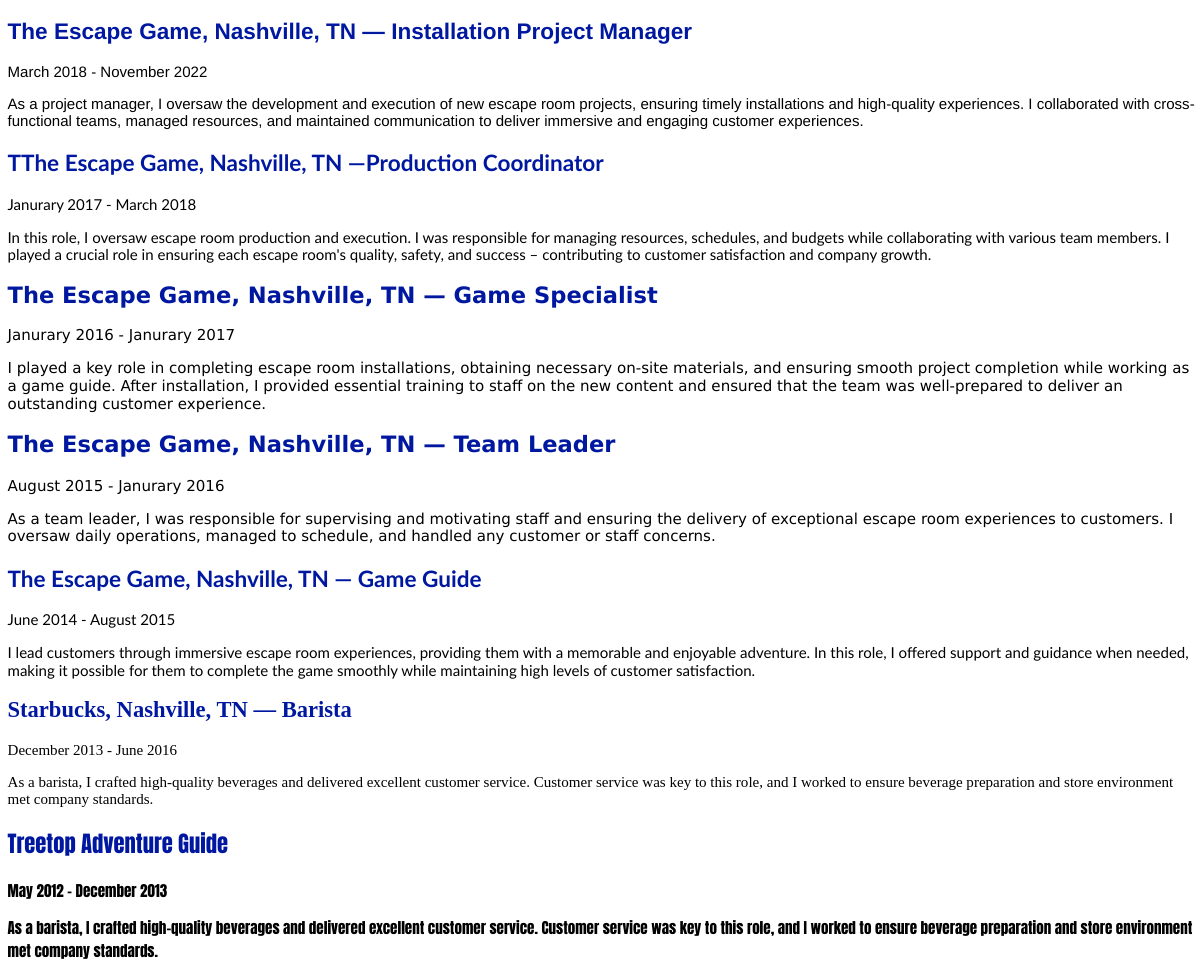
Repository: jgramirez0210/LAB-HTML-Resume
Page: index.html
These files come from the project's save history. The page is drawn as it stood at one moment and after the next save; the edit follows.
The browser window is 1280 px wide. The pictures show the whole page, at 94% of full size.

Above is the page before, as saved 2023-10-10 15:25:43.

### index.html
<!DOCTYPE html>
<html lang="en">
<head>
  <meta charset="UTF-8">
  <meta name="viewport" content="width=device-width, initial-scale=1.0">
  <title>Jesse's Work Experience</title>
  <link rel="stylesheet" href="main.css">
</head>
<body>
  <article id="job7">
    <h2>The Escape Game, Nashville, TN — Installation Project Manager </h2>
    <time datetime="2018-03" >March 2018</time> - <time datetime="2022-10" >November 2022</time></time>
    <p>As a project manager, I oversaw the development and execution of new escape room projects, ensuring timely installations and high-quality experiences. I collaborated with cross-functional teams, managed resources, and maintained communication to deliver immersive and engaging customer experiences.</p>
  </article>
  <article id="job6">
    <h2>TThe Escape Game, Nashville, TN —Production Coordinator</h2>
    <time datetime="2017-01" >Janurary 2017</time> - <time datetime="2018-3" >March 2018</time></time>
    <p>In this role, I oversaw escape room production and execution. I was responsible for managing resources, schedules, and budgets while collaborating with various team members. I played a crucial role in ensuring each escape room's quality, safety, and success – contributing to customer satisfaction and company growth.
    </p>
  </article>
  <article id="job5">
    <h2>The Escape Game, Nashville, TN — Game Specialist</h2>
    <time datetime="2016-01" >Janurary 2016</time> - <time datetime="2017-01" >Janurary 2017</time></time>
    <p>I played a key role in completing escape room installations, obtaining necessary on-site materials, and ensuring smooth project completion while working as a game guide. After installation, I provided essential training to staff on the new content and ensured that the team was well-prepared to deliver an outstanding customer experience.
    </p>
  </article>
  <article id="job4">
    <h2>The Escape Game, Nashville, TN — Team Leader</h2>
    <time datetime="2015-0" >August 2015</time> - <time datetime="2016-01" >Janurary 2016</time></time>
    <p>As a team leader, I was responsible for supervising and motivating staff and ensuring the delivery of exceptional escape room experiences to customers. I oversaw daily operations, managed to schedule, and handled any customer or staff concerns.
    </p>
  </article>
  <article id="job3">
    <h2>The Escape Game, Nashville, TN — Game Guide</h2>
    <time datetime="2014-06" >June 2014</time> - <time datetime="2015-08" >August 2015</time></time>
    <p>I lead customers through immersive escape room experiences, providing them with a memorable and enjoyable adventure. In this role, I offered support and guidance when needed, making it possible for them to complete the game smoothly while maintaining high levels of customer satisfaction.
    </p>
  </article>
  <article id="job2">
    <h2>Starbucks, Nashville, TN — Barista</h2>
    <time datetime="2013-12" >December 2013</time> - <time datetime="2014-06" >June 2016</time></time>
    <p>As a barista, I crafted high-quality beverages and delivered excellent customer service. Customer service was key to this role, and I worked to ensure beverage preparation and store environment met company standards.
    </p>
  </article>
  <article id="job1">
    <h2>Treetop Adventure Guide</h2>
    <time datetime="2012-05" >May 2012</time> - <time datetime="2013-12" >December 2013</time></time>
    <p>As a barista, I crafted high-quality beverages and delivered excellent customer service. Customer service was key to this role, and I worked to ensure beverage preparation and store environment met company standards.
    </p>
  </article>
  <script src="main.js"></script>
</body>
</html>

### main.css
#job7 {
  font-family:'Franklin Gothic Medium', 'Arial Narrow', Arial, sans-serif;
}
#job6 {
  font-family:'Gill Sans', 'Gill Sans MT', Calibri, 'Trebuchet MS', sans-serif;
}
#job5 {
  font-family:'Lucida Sans', 'Lucida Sans Regular', 'Lucida Grande', 'Lucida Sans Unicode', Geneva, Verdana, sans-serif;
}
#job4 {
  font-family:Verdana, Geneva, Tahoma, sans-serif;
}
#job3 {
  font-family:'Trebuchet MS', 'Lucida Sans Unicode', 'Lucida Grande', 'Lucida Sans', Arial, sans-serif;
}
#job2 {
  font-family:'Times New Roman', Times, serif;
}
#job1 {
  font-family:Impact, Haettenschweiler, 'Arial Narrow Bold', sans-serif
}
h2 {
  color: #0018a0;
}
body {
  background-image: url('media/background.png') no-repeat center center fixed;
}

Loaded but not shown: main.js (no stored copy; drawn as an empty file)

After the next save:
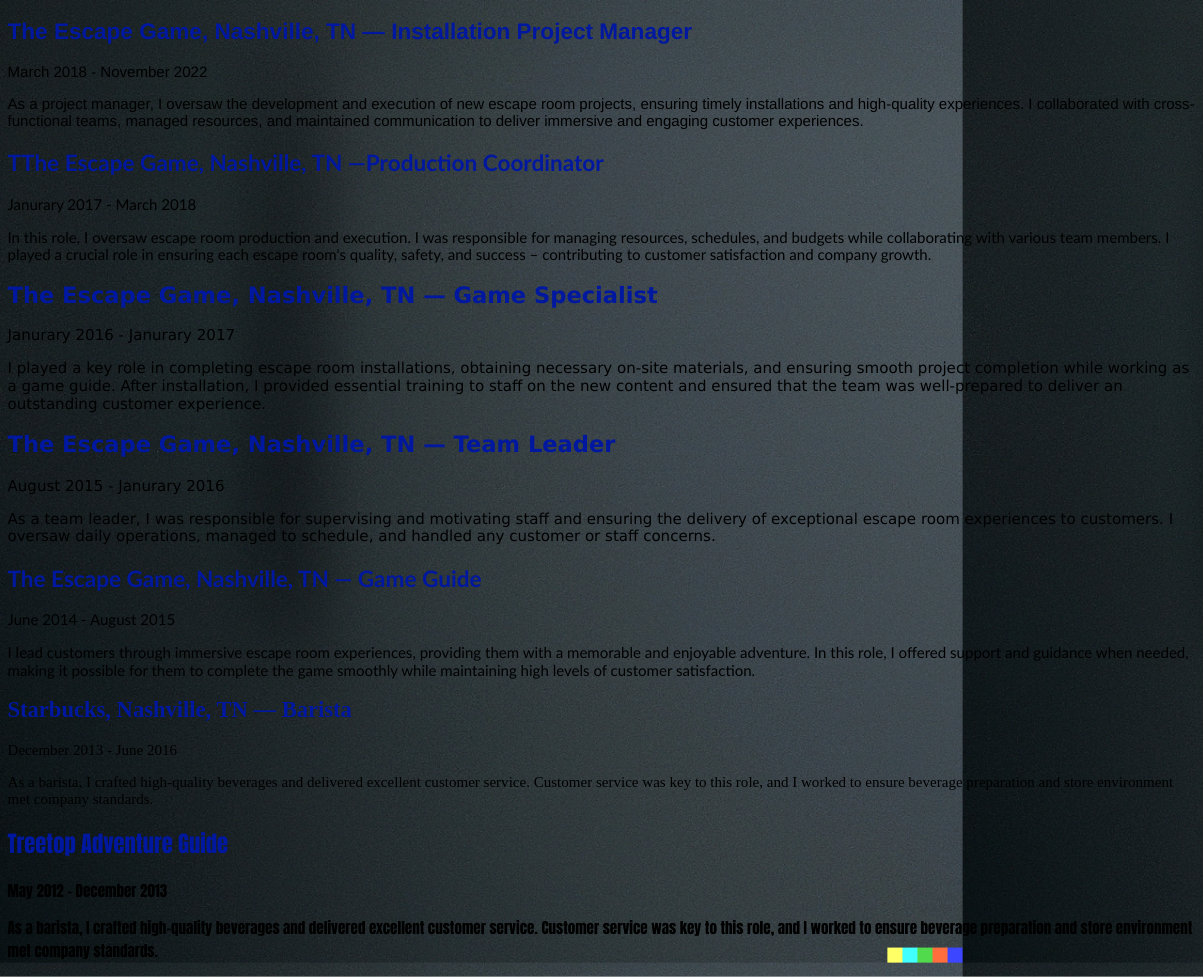
Saved 24 s later.
--- a/main.css
+++ b/main.css
@@ -23,5 +23,4 @@
   color: #0018a0;
 }
 body {
-  background-image: url('media/background.png') no-repeat center center fixed;
-}
+  background-image: url('media/background.png')
